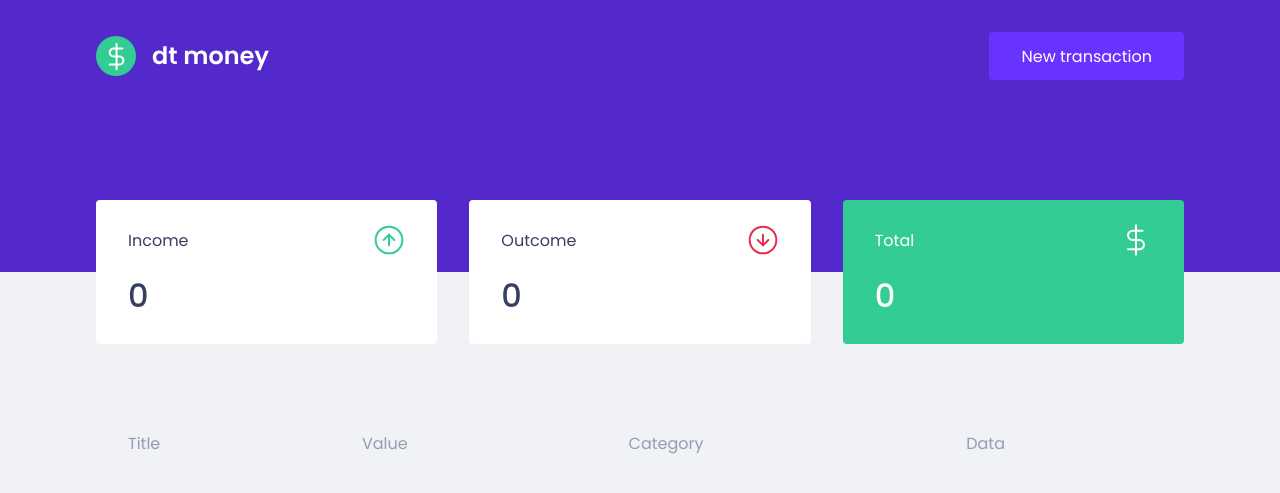
Repository: JoseGu1llardi/dtmoney
Page: /
An editor plug-in stored every save of this project. The page is shown before and after the next save, followed by the edit.
The browser window is 1280 px wide. The pictures show the whole page.
The page's requests for data from a server got no answer. The project was rebuilt for these pictures with package versions that can differ from the ones it lists, and the page was loaded fresh each time. No one was signed in, and anything a server would have sent is missing.

Above is the page before, as saved 2023-01-08 19:49:51.

After the next save:
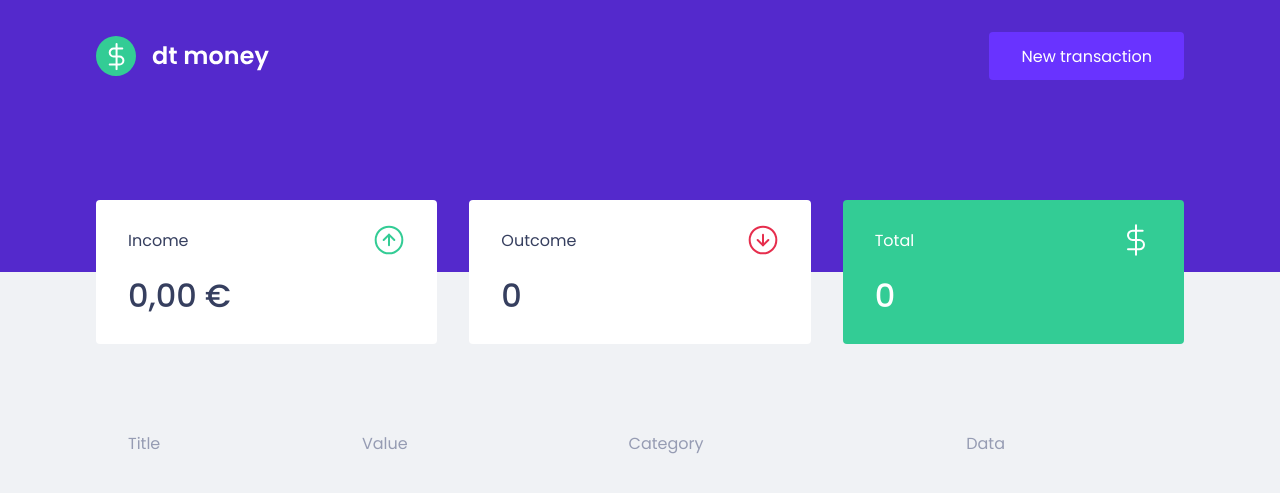
Saved 3 min 29 s later.
--- a/src/components/Summary/index.tsx
+++ b/src/components/Summary/index.tsx
@@ -35,7 +35,10 @@ export function Summary() {
                     <p>Income</p>
                     <img src={incomeImg} alt="Logo income" />
                 </header>
-                <strong>{summary.deposits}</strong>
+                <strong>{new Intl.NumberFormat('de-DE', {
+                    style: 'currency',
+                    currency: 'EUR'
+                }).format(summary.deposits)}</strong>
             </div>
 
             <div>
